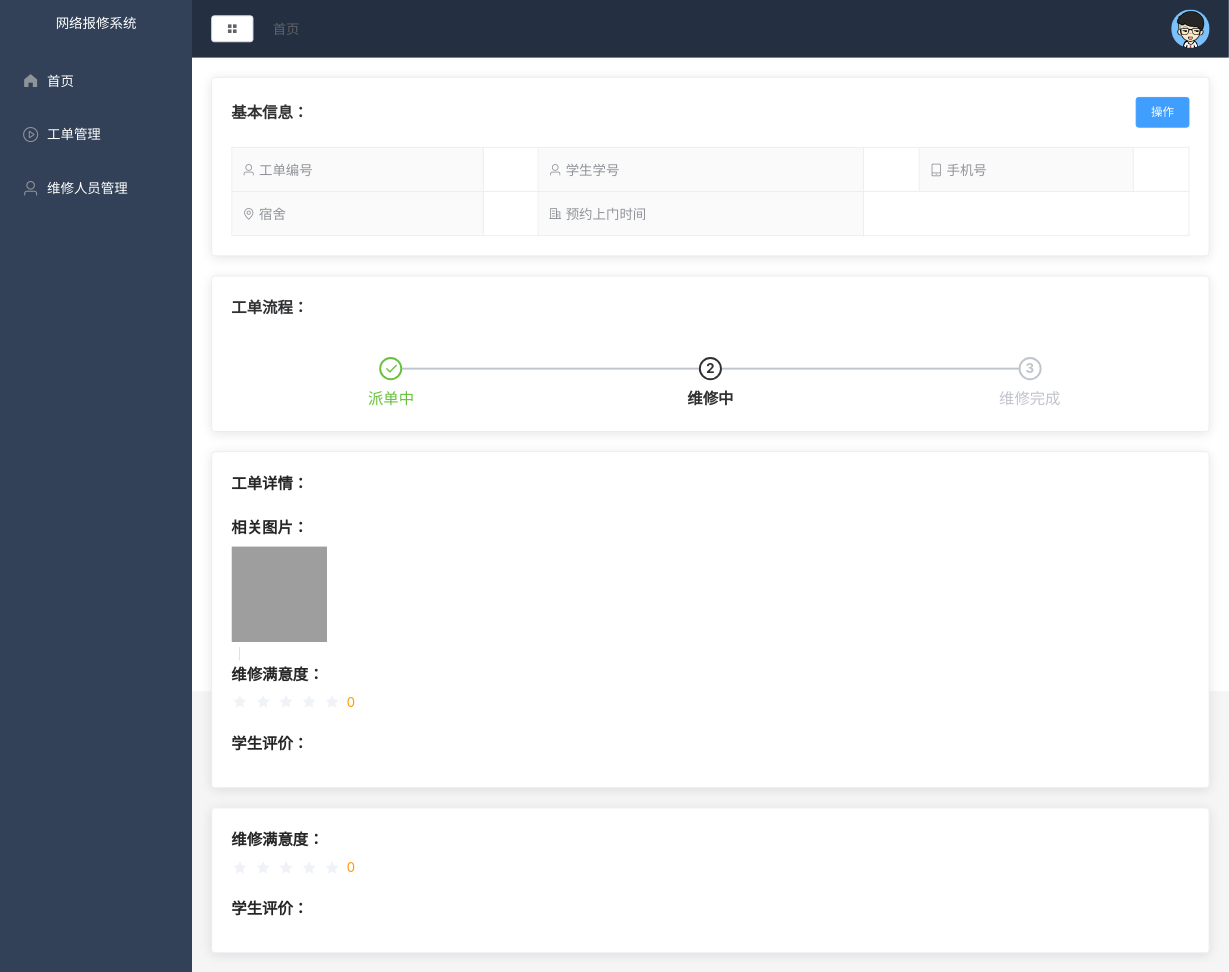
Repository: LtheW/vue
Page: /submit
These files come from the project's save history. The page is drawn as it stood at one moment and after the next save; the edit follows.
The browser window is 1280 px wide. The pictures show the whole page, at 96% of full size.
Pictures or frames that could not be fetched are drawn as grey boxes. The page's requests for data from a server got no answer. The project was rebuilt for these pictures with package versions that can differ from the ones it lists, and the page was loaded fresh each time. No one was signed in, and anything a server would have sent is missing. Also part of the build but not shown: vue.config.js, src/components/CommonTag.vue, src/views/Maintainer/Add.vue.

Above is the page before, as saved 2022-03-27 13:12:35.

### src/main.js
import Vue from 'vue'
import App from './App.vue'
import router from './router'
import store from './store'
//引入element ui
import ElementUI from 'element-ui';
import 'element-ui/lib/theme-chalk/index.css';
import '@/assets/scss/reset.scss' //全局样式
import Axios from 'axios';//后台交互
import Antd from 'ant-design-vue';
import 'ant-design-vue/dist/antd.css';
import 'font-awesome/scss/font-awesome.scss'
Vue.prototype.$http=Axios
//defaults 设置全局默认路径
Axios.defaults.baseURL="/"

Vue.use(ElementUI,Antd);
Vue.config.productionTip = false

new Vue({
  router,
  store,
  render: h => h(App)
}).$mount('#app')

### src/router/index.js
import Vue from 'vue'
import VueRouter from 'vue-router'
import Main from '../views/Main.vue'
import Submit from'../views/Submit.vue'
import Maintainer_Add from'../views/Maintainer/Add.vue'
Vue.use(VueRouter)

const routes = [
  {
    path:'/login',
    name:'Login',
    component:()=>import('@/views/Login')
  },
  {

    path: '/',
    name: 'Main',
    component: Main,
    children: [
      {
        path: '/',
        name: 'search',
        component: () => import('@/views/About')
      },
      {
        path: '/form',
        name: 'form',
        component: () => import('@/views/Form/Form')
      },
      {
        path: '/home',
        name: 'home',
        component: () => import('@/views/Maintainer/Maintainer')
      },
      {
        path: '/submit',
        name: 'submit',
        component: Submit,
      },
      {
        path: '/maintainer_add',
        name: 'add',
        component: Maintainer_Add,
      },
    ]
    },


]

const router = new VueRouter({
  mode:'history',
  base: process.env.BASE_URL,
  routes
})

export default router

### src/views/Main.vue
<template>
  <el-container style="height: 100%">
    <el-aside width="auto" height="100%" ><common-aside></common-aside></el-aside>
    <el-container>
      <el-header>
        <common-header></common-header>

      </el-header>
      <el-main><router-view /></el-main>
    </el-container>
  </el-container>
</template>

<script>
import CommonAside from "../components/CommonAside.vue";
import CommonHeader from "../components/CommonHeader.vue";
import CommonTag from "../components/CommonTag.vue";
export default {
  name: "Main",
  components: { CommonAside, CommonHeader, CommonTag },
};
</script>
, CommonTab
<style lang="scss" scoped>
.el-header {
  background: #242F42;
}
.el-main {
  padding-top: 20rpx;
}
</style>

### src/views/Submit.vue
<template>
  <div class="form">
    <div>
      <el-card>
        <el-descriptions
          class="margin-top"
          title="基本信息："
          :column="3"
          :size="size"
          border
        >
          <template slot="extra">
            <el-button type="primary" size="small">操作</el-button>
          </template>
          <el-descriptions-item width="150">
            <template slot="label">
              <i class="el-icon-user"></i>
              工单编号
            </template>
            {{ form.workorderNumber }}
          </el-descriptions-item>
          <el-descriptions-item>
            <template slot="label">
              <i class="el-icon-user"></i>
              学生学号
            </template>
            {{ form.fkStudentNumber }}
          </el-descriptions-item>
          <el-descriptions-item>
            <template slot="label">
              <i class="el-icon-mobile-phone"></i>
              手机号
            </template>
            {{ form.contactInformation }}
          </el-descriptions-item>
          <el-descriptions-item>
            <template slot="label">
              <i class="el-icon-location-outline"></i>
              宿舍
            </template>
            {{ form.address }}
          </el-descriptions-item>
          <el-descriptions-item>
            <template slot="label">
              <i class="el-icon-office-building"></i>
              预约上门时间
            </template>
            {{ form.fixedTime }}
          </el-descriptions-item>
        </el-descriptions>
      </el-card>
    </div>

    <div class="p">
      <el-card>
        <i class="title">工单流程：</i>
        <div>
          <el-steps
            :space="600"
            :active="1"
            finish-status="success"
            align-center="true"
            style="padding-top: 40px"
          >
            <el-step title="派单中"></el-step>
            <el-step title="维修中"></el-step>
            <el-step title="维修完成"></el-step>
          </el-steps>
        </div>
      </el-card>
      <div class="p">
        <el-card class="panel">
          <div class="container">
          <h5 class="title">工单详情：</h5>

          <p>{{ form.workorderContent }}</p>

          <h5 class="title">相关图片：</h5>
          <el-image
            style="width: 100px; height: 100px"
            :src="url"
            :preview-src-list="srcList"
          >
          </el-image>
          </div>
            <el-divider direction="vertical"></el-divider>
          <div class="container">
          <h5 class="title">维修满意度：</h5>
          <el-rate
            v-model="form.maintenanceSatisfaction"
            disabled
            show-score
            text-color="#ff9900"
            score-template="{value}"
          >
          </el-rate>

          <div class="p">
          <h5 class="title">学生评价：</h5>
          <p>{{ form.evaluation }}</p>
          </div>
          </div>
        </el-card>
         </div>
        <div class="p">
        <el-card>
          <h5 class="title">维修满意度：</h5>
          <el-rate
            v-model="form.maintenanceSatisfaction"
            disabled
            show-score
            text-color="#ff9900"
            score-template="{value}"
          >
          </el-rate>
          <div class="p">
          <h5 class="title">学生评价：</h5>
          <p>{{ form.evaluation }}</p>
          </div>
        </el-card>
        </div>

    </div>
  </div>
</template>
<script>
export default {
  data() {
    return {
      form: {},
      workorderNumber: "",
      url: "https://fuss10.elemecdn.com/e/5d/4a731a90594a4af544c0c25941171jpeg.jpeg",
      srcList: [],
    };
  },
  created() {
    this.workorderNumber = this.$route.params.workorderNumber;
    this.Load();
  },
  methods: {
    goBack() {
      this.$router.go(-1);
    },
    onSubmit() {},
    Load() {
      this.$http({
        url: "/api/administer/getorder",
        method: "get",
        headers: { "X-Requested-With": "XMLHttpRequest" },
        params: {
          workorder_number: this.workorderNumber,
        }, //传值 如：params:{id:1,name:"gw"}
      }).then((res) => {
        this.form = res.data.data[0];
        console.log(this.form);
        var jsonstr = JSON.parse(res.data.data[0].pictureAddress);
        var arr = this.srcList;
        for (var i = 0; i < 3; i++) {
          if (jsonstr[i] == null) {
            break;
          }
          arr.push(jsonstr[i]);
        }
        this.srcList = arr;
      });
    },
  },
};
</script>

<style >
.form {
  display: flex;
  flex-direction: column;
  justify-content: center;
  align-content: center;
}

.title {
  font-size: 16px;
  font-weight: 700;
}
.p {
  padding-top: 20px;
}
.border {
  border: 1px solid grey;
}
.panel{
  display: flex;
  flex-direction: row;
  justify-content: flex-start;
}
.container{
  display: flex;
  flex-direction: column;
}
</style>

### src/store/tab.js
export default{
    state:{
        isCollapse: false
    },
    mutations:{
        collapseMenu(state){
            state.isCollapse=!state.isCollapse
        }
    }
}

### src/components/CommonAside.vue
<template>
  <el-menu
    class="el-menu-vertical-demo"
    :collapse="isCollapse"
    background-color="#324157"
    text-color="#fff"
    active-text-color="#ffd04b"
  >
    <h3 v-show="!isCollapse">网络报修系统</h3>
    <h3 v-show="isCollapse">后台</h3>
    <el-menu-item
      :index="item.path"
      v-for="item in noChildren"
      :key="item.path"
      @click="clickMenu(item)"
    >
      <i :class="'el-icon-' + item.icon"></i>
      <span slot="title">{{ item.label }}</span>
    </el-menu-item>
    <el-submenu :index="item.label" v-for="item in hasChildren" :key="item.path">
      <template slot="title">
        <i :class="'el-icon-' + item.icon"></i>
        <span slot="title">{{ item.label }}</span>
      </template>
      <el-menu-item-group>
        <el-menu-item
          :index="subItem.path"
          v-for="(subItem, subIndex) in item.children"
          :key="subIndex"
          @click="clickMenu(item)"
        >
          <i :class="'el-icon-' + subItem.icon"></i>
          <span slot="title">{{ subItem.label }}</span>
        </el-menu-item>
      </el-menu-item-group>
    </el-submenu>
  </el-menu>
</template>

<script>
export default {
  data() {
    return {
      menu: [
        {
          path: "/",
          name: "search",
          label: "首页",
          icon: "s-home",
          url: "Maintainer/Maintainer",
        },
        {
          path: "/form",
          name: "form",
          label: "工单管理",
          icon: "video-play",
          url: "Form/Form",
        },
        {
          path: "/home",
          name: "home",
          label: "维修人员管理",
          icon: "user",
          url: "Home/Home",
        },
      ],
    };
  },
  methods: {
    // handleOpen(key, keyPath) {
    //   console.log(key, keyPath);
    // },
    // handleClose(key, keyPath) {
    //   console.log(key, keyPath);
    // },
    clickMenu(item) {
      this.$router.push({ name: item.name });
      this.$store.commit("selectMenu", item);
    },
  },
  computed: {
    noChildren() {
      return this.menu.filter((item) => !item.children);
    },
    hasChildren() {
      return this.menu.filter((item) => item.children);
    },
    isCollapse() {
      return this.$store.state.tab.isCollapse;
    },
  },
};
</script>

<style lang="scss" scoped>
.el-menu {
  height: 100%;
  border: none;
  h3 {
    color: #ffffff;
    text-align: center;
    line-height: 48px;
  }
}
.el-menu-vertical-demo:not(.el-menu--collapse) {
  width: 200px;
  min-height: 100vh;
}
</style>

### src/components/CommonHeader.vue
<template>
  <header>
    <div class="l-content">
      <el-button plain icon="el-icon-menu" size="mini" @click="handleMenu"></el-button>
      <el-breadcrumb>
        <el-breadcrumb-item :to="{ path: '/' }">首页</el-breadcrumb-item>
        <el-breadcrumb-item :to="current.path" v-if="current">{{
          current.label
        }}</el-breadcrumb-item>
      </el-breadcrumb>
    </div>
    <div class="r-content">
      <el-dropdown trigger="click" size="mini">
        <span class="el-dropdown-link">
          <img :src="userImg" class="user" />
        </span>
        <el-dropdown-menu slot="dropdown">
          <el-dropdown-item>个人中心</el-dropdown-item>
          <el-dropdown-item @click.native="logOut">退出</el-dropdown-item>
        </el-dropdown-menu>
      </el-dropdown>
    </div>
  </header>
</template>

<script>
import { mapState } from "vuex";
export default {
  data() {
    return {
      userImg: require("../assets/images/user.png"),
    };
  },
  methods: {
    handleMenu() {
      this.$store.commit("collapseMenu");
    },
    logOut() {
      this.$store.commit("clearToken");
      this.$store.commit("clearMenu");
      // location.reload();
      this.$router.push("/login");
    },
  },
  computed: {
    ...mapState({
      current: (state) => state.tab.currentMenu,
    }),
  },
};
</script>

<style lang="scss" scoped>
header {
  display: flex;
  height: 100%;
  align-items: center;
  justify-content: space-between;
}

.l-content {
  display: flex;
  align-items: center;
  .el-button {
    margin-right: 20px;
  }
}

.r-content {
  .user {
    width: 40px;
    height: 40px;
    border-radius: 50%;
  }
}
</style>

<style lang="scss">
.el-breadcrumb__item {
  .el-breadcrumb__inner {
    color: #666;
    font-weight: normal;
  }
  &:last-child {
    .el-breadcrumb__inner {
      color: white;
    }
  }
}
</style>

Loaded but not shown: public/index.html (common file); src/App.vue (common file); src/store/index.js (common file); src/assets/scss/reset.scss (common file)

After the next save:
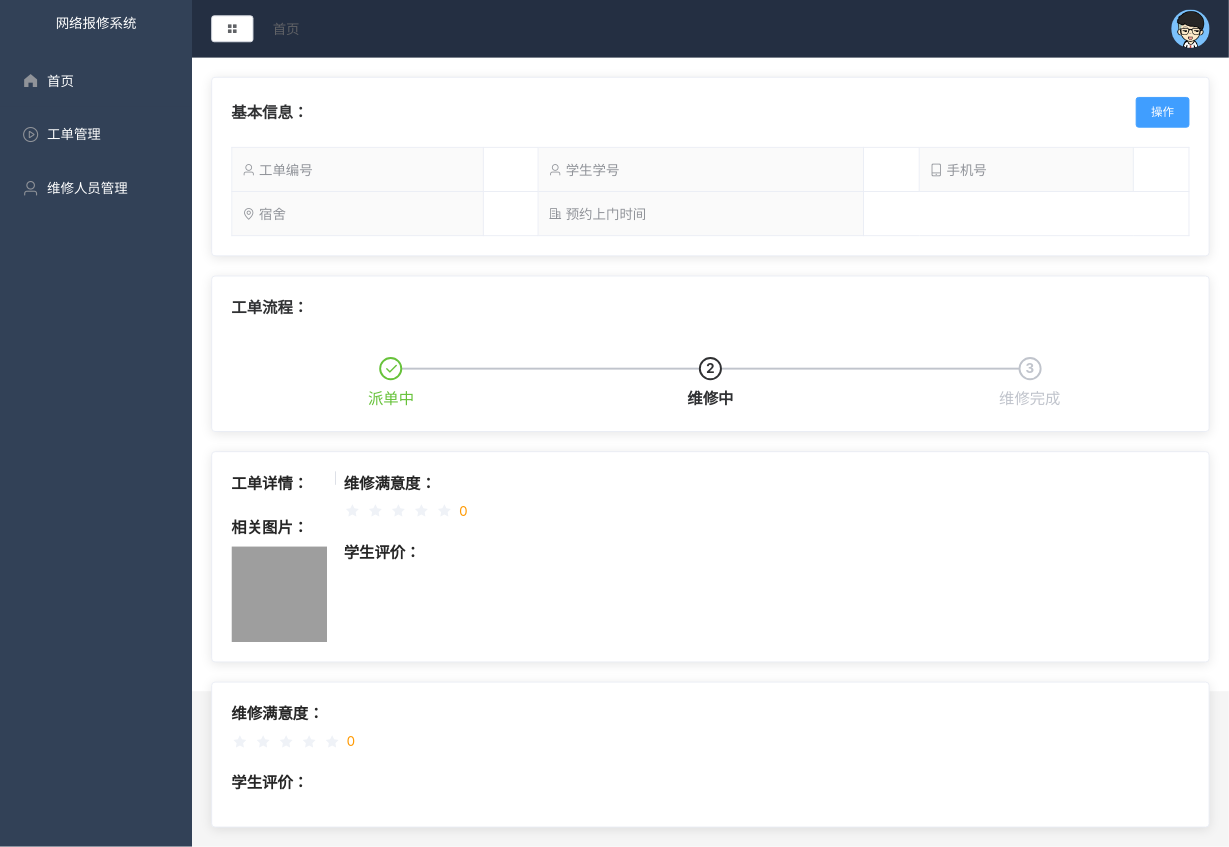
Saved 3 min 58 s later.
--- a/src/views/Submit.vue
+++ b/src/views/Submit.vue
@@ -69,7 +69,8 @@
         </div>
       </el-card>
       <div class="p">
-        <el-card class="panel">
+        <el-card>
+          <div class="panel">
           <div class="container">
           <h5 class="title">工单详情：</h5>
 
@@ -100,6 +101,7 @@
           <p>{{ form.evaluation }}</p>
           </div>
           </div>
+           </div>
         </el-card>
          </div>
         <div class="p">
@@ -186,12 +188,12 @@ export default {
 .border {
   border: 1px solid grey;
 }
-.panel{
+.panel {
   display: flex;
   flex-direction: row;
   justify-content: flex-start;
 }
-.container{
+.container {
   display: flex;
   flex-direction: column;
 }
